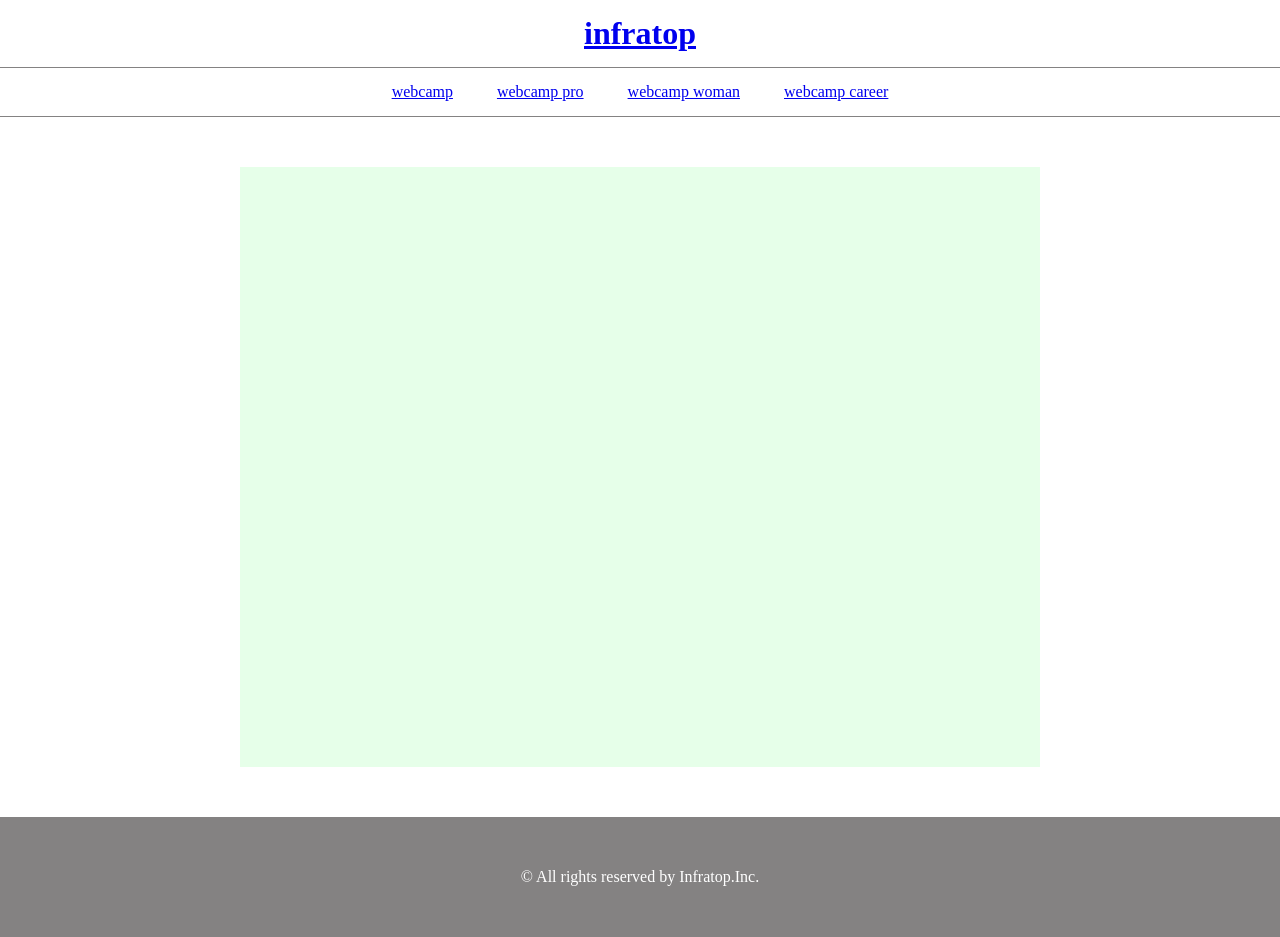
Repository: Nao002/practice
Page: html-practice5/index.html
The author's editor kept a record of every edit. The page is drawn from the files as they stood at one moment, then again after the next edit.
The browser window is 1280 px wide. The pictures show the whole page.

Above is the page before.

After the next edit:
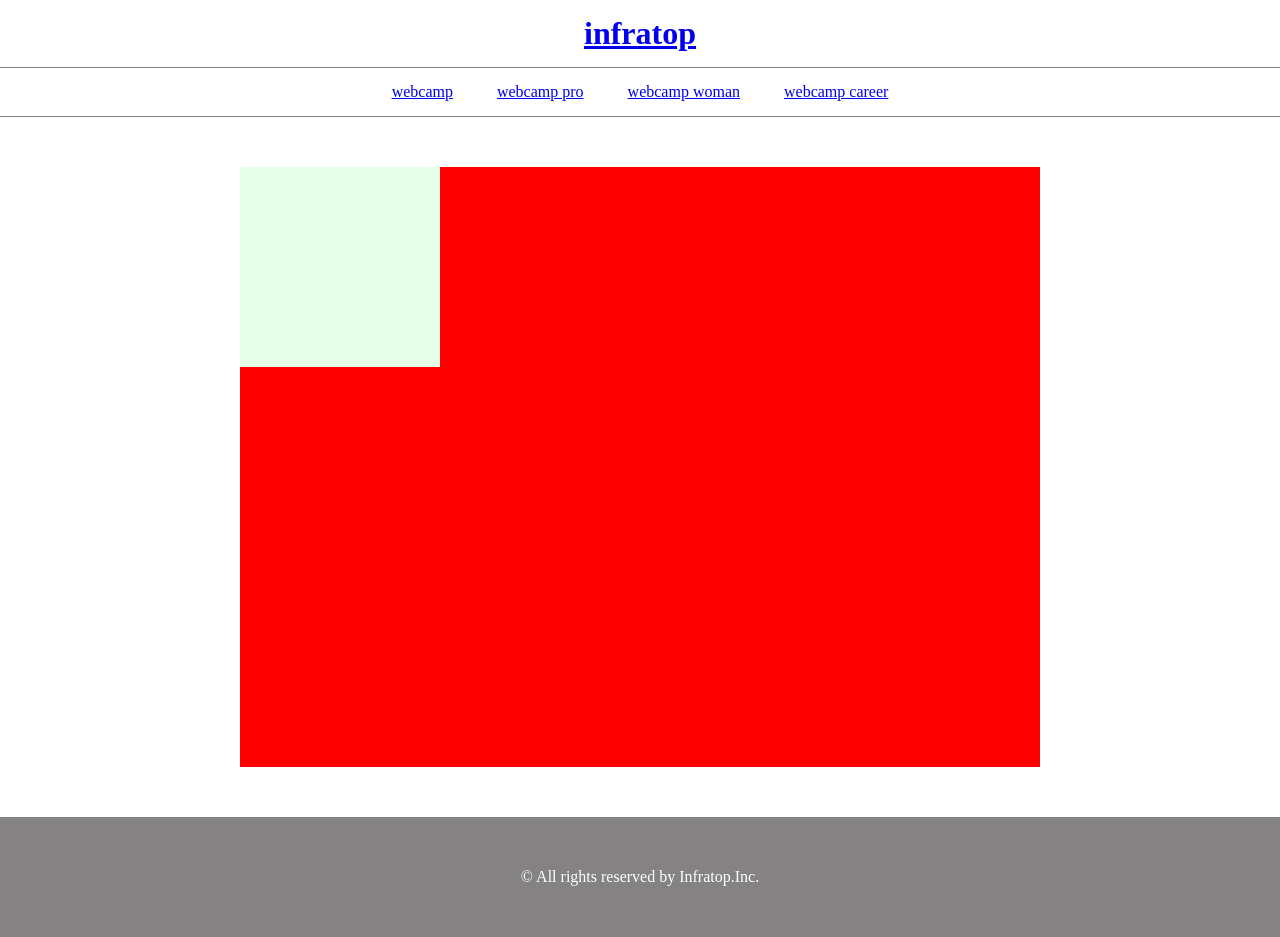
The edit:
--- a/html-practice5/index.html
+++ b/html-practice5/index.html
@@ -40,17 +40,17 @@
     <div class="main-visual">
       <div class="main-visual-content">
         <div class="main-visual-color color1"></div>
-        <div class="main-visual-color color1"></div>
-        <div class="main-visual-color color1"></div>
-        <div class="main-visual-color color1"></div>
-        <div class="main-visual-color color1"></div>
-        <div class="main-visual-color color1"></div>
-        <div class="main-visual-color color1"></div>
-        <div class="main-visual-color color1"></div>
-        <div class="main-visual-color color1"></div>
-        <div class="main-visual-color color1"></div>
-        <div class="main-visual-color color1"></div>
-        <div class="main-visual-color color1"></div>
+        <div class="main-visual-color color2"></div>
+        <div class="main-visual-color color3"></div>
+        <div class="main-visual-color color4"></div>
+        <div class="main-visual-color color5"></div>
+        <div class="main-visual-color color6"></div>
+        <div class="main-visual-color color7"></div>
+        <div class="main-visual-color color8"></div>
+        <div class="main-visual-color color9"></div>
+        <div class="main-visual-color color10"></div>
+        <div class="main-visual-color color12"></div>
+        <div class="main-visual-color color12"></div>
       </div>
     </div>
 
